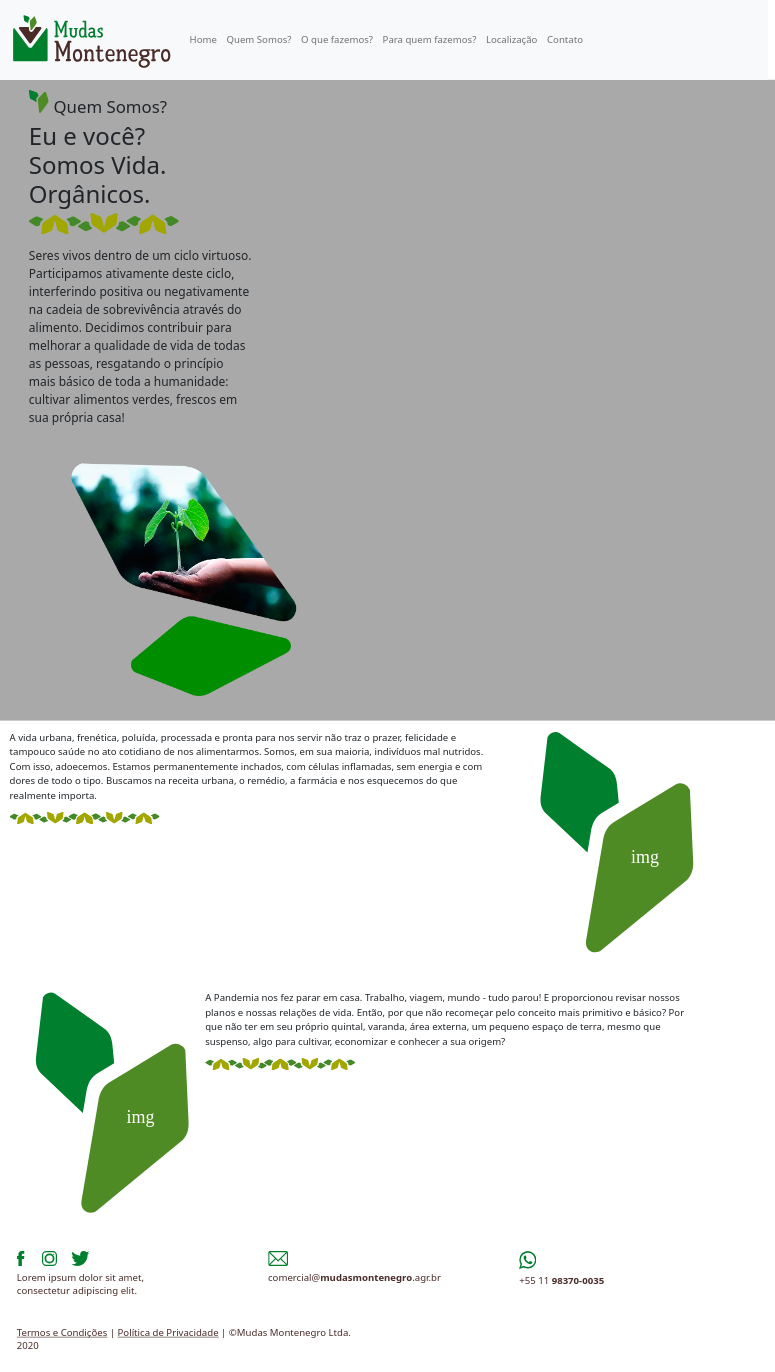
Repository: MaKnok/mudas-montenegro
Page: quem-somos.html
The author's editor kept a copy of each file at every save. The page is drawn from the files as they stood at one save, then again after the next save.
The browser window is 1280 px wide. The page is 1292 px wide, so the pictures cover 1292 px, including what lies to the right of the window. The pictures show the whole page, at 60% of full size.
Some web libraries are served in a nearby version.

Above is the page before, as saved 2021-06-17 14:39:15.

### quem-somos.html
<!DOCTYPE html>
<html lang="pt-br">

<head>
    <meta charset="utf-8">
    <meta name="viewport" content="width=device-width, initial-scale=1">
    <link rel="icon" type="image/png" href="img/icons/favicon.png"/>
    <title>Mudas Montenegro</title>
    <link href="https://cdn.jsdelivr.net/npm/bootstrap@5.0.1/dist/css/bootstrap.min.css" rel="stylesheet" integrity="sha384-+0n0xVW2eSR5OomGNYDnhzAbDsOXxcvSN1TPprVMTNDbiYZCxYbOOl7+AMvyTG2x" crossorigin="anonymous">
    <script src="https://use.fontawesome.com/releases/v5.0.8/js/all.js"></script>
    <link href="style.css" rel="stylesheet">
</head>

<body>

<!-- Navigation -->
<nav class="navbar navbar-expand-md navbar-light bg-light sticky-top">

  <div class="container-fluid">

      <a class="navbar-brand logo" href="index.html"><img src="img/logo_mudas_mont.svg" alt="Mudas Montenegro"></a>

      <button class="navbar-toggler" type="button" data-toggle="collapse" data-target="#navbarResponsive">
          <span class="navbar-toggler-icon"></span>
      </button>

      <div class="collapse navbar-collapse" id="navbarResponsive">
       <ul class="navbar-nav ml-auto">
            <li class="nav-item active">
              <a class="nav-link" href="index.html">Home</a>
          </li>
            <li class="nav-item">
              <a class="nav-link" href="quem-somos.html">Quem Somos?</a>
            </li>
            <li class="nav-item">
              <a class="nav-link" href="o-que-fazemos.html">O que fazemos?</a>
            </li>
            <li class="nav-item">
              <a class="nav-link" href="para-quem-fazemos.html">Para quem fazemos?</a>
            </li>
            <li class="nav-item">
              <a class="nav-link" href="localizacao.html">Localização</a>
            </li>
            <li class="nav-item">
              <a class="nav-link" href="contato.html">Contato</a>
            </li>
        </ul>
      </div>

  </div>

</nav>

<!--- Intro -->


<div class="row jumbotron section-top" style="background-color: darkgrey;">

  <div class="container-fluid">

      <div class="wrapper">

        <div class="col-xs-12 col-sm-12 col-md-4 col-lg-4 col-xl-4 col-xxl-4">

          <h3 class="page-title">Quem Somos?</h3>

          <h1 class="page-slogan">
            Eu e você?<br/>
            Somos Vida.<br/>
            Orgânicos.
          </h1>

          <img src="img/leaves_sections.svg" class="leaves-home">

          <p class="lead">
            Seres vivos dentro de um ciclo virtuoso. Participamos ativamente deste ciclo, interferindo positiva ou negativamente na cadeia de sobrevivência através do alimento. Decidimos contribuir para melhorar a qualidade de vida de todas
            as pessoas, resgatando o princípio mais básico de toda a humanidade: cultivar alimentos verdes, frescos em sua própria casa!
          </p>

        </div>

        <div class="col-xs-12 col-sm-12 col-md-5 col-lg-5 col-xl-5 col-xxl-5">

                  <source srcset="img/leaves_desktop_img.webp 2x,img/leaves_desktop_img.webp"
                  media="(min-width: 992px)"/>

                  <img src="img/leaves_desktop_img.webp" class="img-fluid" alt="Muda">

        </div>

      </div>

  </div>

</div>




  <div class="container-fluid padding">

  <div class="row content">

    <div class="col-xs-12 col-sm-12 col-md-7 col-lg-7 col-xl-8">
      <p>
      A vida urbana, frenética, poluída, processada e pronta para nos servir não traz o prazer, felicidade e tampouco saúde no ato cotidiano de nos alimentarmos. Somos, em sua maioria, indivíduos mal nutridos.  Com isso, adoecemos. Estamos permanentemente inchados, com células inflamadas, sem energia e com dores de todo o tipo.
      Buscamos na receita urbana, o remédio, a farmácia e nos esquecemos do que realmente importa.
      </p>
      <img src="img/leaves_section_longer.svg" class="leaves-home">
    </div>

    <div class="col-xs-12 col-sm-12 col-md-4 col-lg-4 col-xl-3">
      <img src="img/img_temp.svg" class="float-left" alt="Vida urbana">
    </div>

  </div>




  <div class="container-fluid padding">

  <div class="row content pandemia">

    <div class="col-xs-12 col-sm-12 col-md-4 col-lg-4 col-xl-3 content-1">
        <img src="img/img_temp.svg" class="float-right" alt="Relações de Vida">
    </div>

    <div class="col-xs-12 col-sm-12 col-md-7 col-lg-7 col-xl-8 content-2">
        <p>
        A Pandemia nos fez parar em casa. Trabalho, viagem, mundo - tudo parou!
        E proporcionou revisar nossos planos e nossas relações de vida. Então, por que não recomeçar pelo conceito mais primitivo e básico? Por que não ter em seu próprio quintal, varanda, área externa, um pequeno espaço de terra, mesmo que suspenso, algo para cultivar, economizar e conhecer a sua origem?
        </p>
        <img src="img/leaves_section_longer.svg" class="leaves-home">
    </div>

  </div>

  </div>






<!--- Footer -->
<footer>

  <div class="container-fluid padding">

    <div class="row text-left">

      <div class="col-md-4">

        <ul class="social-icons">
            <li class="social-icon social-icon_first"><a href="#"><img src="img/icons/facebook.svg"></a></li>
            <li class="social-icon social-icon_second"><a href="#"><img src="img/icons/instagram.svg"></a></li>
            <li class="social-icon social-icon_third"><a href="#"><img src="img/icons/twitter.svg"></a></li>
        </ul>
        <p>Lorem ipsum dolor sit amet, <br/>consectetur adipiscing elit.</p>

      </div>

      <div class="col-md-4">

        <img src="img/icons/mail.svg" class="contact-icon">
        <p>comercial@<span class="phrase-bold">mudasmontenegro</span>.agr.br</p>

      </div>

      <div class="col-md-4">

        <img src="img/icons/whatsapp.svg" class="contact-icon contact-icon-zap">
        <p>+55 11 <span class="phrase-bold">98370-0035</span></p>

      </div>

    </div>

    <div class="row text-left">
        <div class="col-md-6">
          <p class="terms-conditions"><a href="#">Termos e Condições</a> | <a href="#">Política de Privacidade</a> | ©Mudas Montenegro Ltda. 2020 </p>
        </div>
    </div>

  </div>

</footer>

</div>

<script src="https://cdn.jsdelivr.net/npm/bootstrap@5.0.1/dist/js/bootstrap.bundle.min.js" integrity="sha384-gtEjrD/SeCtmISkJkNUaaKMoLD0//ElJ19smozuHV6z3Iehds+3Ulb9Bn9Plx0x4" crossorigin="anonymous"></script>

</body>
</html>

### style.css
@import url("https://fonts.googleapis.com/css2?family=Fira+Sans:ital,wght@0,200;0,300;0,400;0,500;0,600;0,700;1,200;1,300;1,400;1,500;1,600;1,700&display=swap");

/*---Media Queries --*/

html {
  -webkit-box-sizing: border-box;
  -moz-box-sizing: border-box;
  box-sizing: border-box;
}

*,
*:before,
*:after {
  -webkit-box-sizing: border-box;
  -moz-box-sizing: border-box;
  box-sizing: inherit;
}

@media (min-width: 992px) {
  .leaves-home {
    width: 250px;
    margin-bottom: 20px;
  }

  .logo {
    width: 280px;
  }

  .phrase-home {
    font-size: 35px;
    line-height: 45px;
  }

  .carousel-caption {
    width: 550px;
    z-index: 10;
    color: #fff;
    text-align: left;
    top: 40%;
    left: 10%;
    bottom: auto;
    -webkit-transform: translate(0, -50%);
    -ms-transform: translate(0, -50%);
    transform: translate(0, -50%);
  }
}

@media (max-width: 991.98px) {
  .leaves-home {
    width: 190px;
    margin-bottom: 15px;
  }

  .logo {
    width: 220px;
  }

  .phrase-home {
    font-size: 30px;
    line-height: 40px;
  }

  .carousel-caption {
    width: 400px;
    z-index: 10;
    color: #fff;
    text-align: left;
    top: 35%;
    left: 10%;
    bottom: auto;
    -webkit-transform: translate(0, -50%);
    -ms-transform: translate(0, -50%);
    transform: translate(0, -50%);
  }
}

@media (max-width: 767.98px) {
  .carousel-caption {
    width: 400px;
    z-index: 10;
    color: #fff;
    text-align: left;
    top: 35%;
    left: 10%;
    bottom: auto;
    -webkit-transform: translate(0, -50%);
    -ms-transform: translate(0, -50%);
    transform: translate(0, -50%);
  }

  .leaves-home {
    width: 190px;
    margin-bottom: 20px;
  }

  .logo {
    width: 220px;
  }

  .pandemia {
    display: flex;
  }

  .pandemia > .content-2 {
    order: -1;
  }

  .phrase-home {
    font-size: 25px;
    line-height: 35px;
  }

  .section-top {
    display: flex;
  }

  .section-top > .image-top {
    order: -1;
  }
}

@media (max-width: 575.98px) {
  .carousel-caption {
    width: 200px;
    z-index: 10;
    color: #fff;
    text-align: left;
    top: 50%;
    left: 8%;
    bottom: auto;
    -webkit-transform: translate(0, -50%);
    -ms-transform: translate(0, -50%);
    transform: translate(0, -50%);
  }

  .leaves-home {
    width: 130px;
    margin-bottom: 10px;
  }

  .logo {
    width: 180px;
  }

  .phrase-home {
    font-size: 16px;
    line-height: 24px;
  }
}

/*---Firefox Bug Fix --*/
.carousel-item {
  transition: -webkit-transform 0.5s ease;
  transition: transform 0.5s ease;
  transition: transform 0.5s ease, -webkit-transform 0.5s ease;
  -webkit-backface-visibility: visible;
  backface-visibility: visible;
  background-color: #000;
}

/*--- Fixed Background Image --*/
figure {
  position: relative;
  width: 100%;
  height: 60%;
  margin: 0 !important;
}

footer {
  background-color: #fff;
  color: #492b28;
  line-height: 22px;
}

ul,
ol,
li {
  list-style: none;
}

ul {
  padding-inline-start: 0;
  margin-bottom: 0.5rem;
}

.fixed-wrap {
  clip: rect(0, auto, auto, 0);
  position: absolute;
  top: 0;
  left: 0;
  width: 100%;
  height: 100%;
}

#fixed {
  background-image: url("img/mac.png");
  position: fixed;
  display: block;
  top: 0;
  left: 0;
  width: 100%;
  height: 100%;
  background-size: cover;
  background-position: center center;
  -webkit-transform: translateZ(0);
  transform: translateZ(0);
  will-change: transform;
}
/*--- Bootstrap Padding Fix --*/
[class*="col-"] {
  padding: 1rem;
}

.carousel-caption {
  text-align: left;
}

.contact-icon {
  margin-bottom: 0.5rem;
}

.page-title {
  font-weight: ;
}

.page-title::before {
  content: "";
  display: inline-block;
  background-image: url(img/icons/leaves.svg);
  background-size: 33px 40px;
  width: 33px;
  height: 40px;
  margin-right: 8px;
}

.phrase-home {
  font-family: "Fira Sans", sans-serif;
}

.phrase-bold {
  font-weight: 600;
}

.picture-home {
  opacity: 0.7;
}

.section-top {
  background-color: #fff;
}

.social-icons {
  text-align: left;
}

.social-icon:not(:first-child) {
  margin-left: 20px;
}

.social-icon:first-child {
  margin-right: 5px;
}

.social-icon {
  display: inline-block;
}

.social-icon > a > img,
.contact-icon {
  height: 25px;
}

.contact-icon-zap {
  height: 30px;
}

.terms-conditions a {
  color: #492b28;
}

.wrapper {
  padding: 0 2em;
}

/*
Extra small (xs) devices (portrait phones, less than 576px)
No media query since this is the default in Bootstrap

Small (sm) devices (landscape phones, 576px and up)
@media (min-width: 576px) { ... }

Medium (md) devices (tablets, 768px and up)
@media (min-width: 768px) { ... }

Large (lg) devices (desktops, 992px and up)
@media (min-width: 992px) { ... }

Extra (xl) large devices (large desktops, 1200px and up)
@media (min-width: 1200px) { ... }
*/

After the next save:
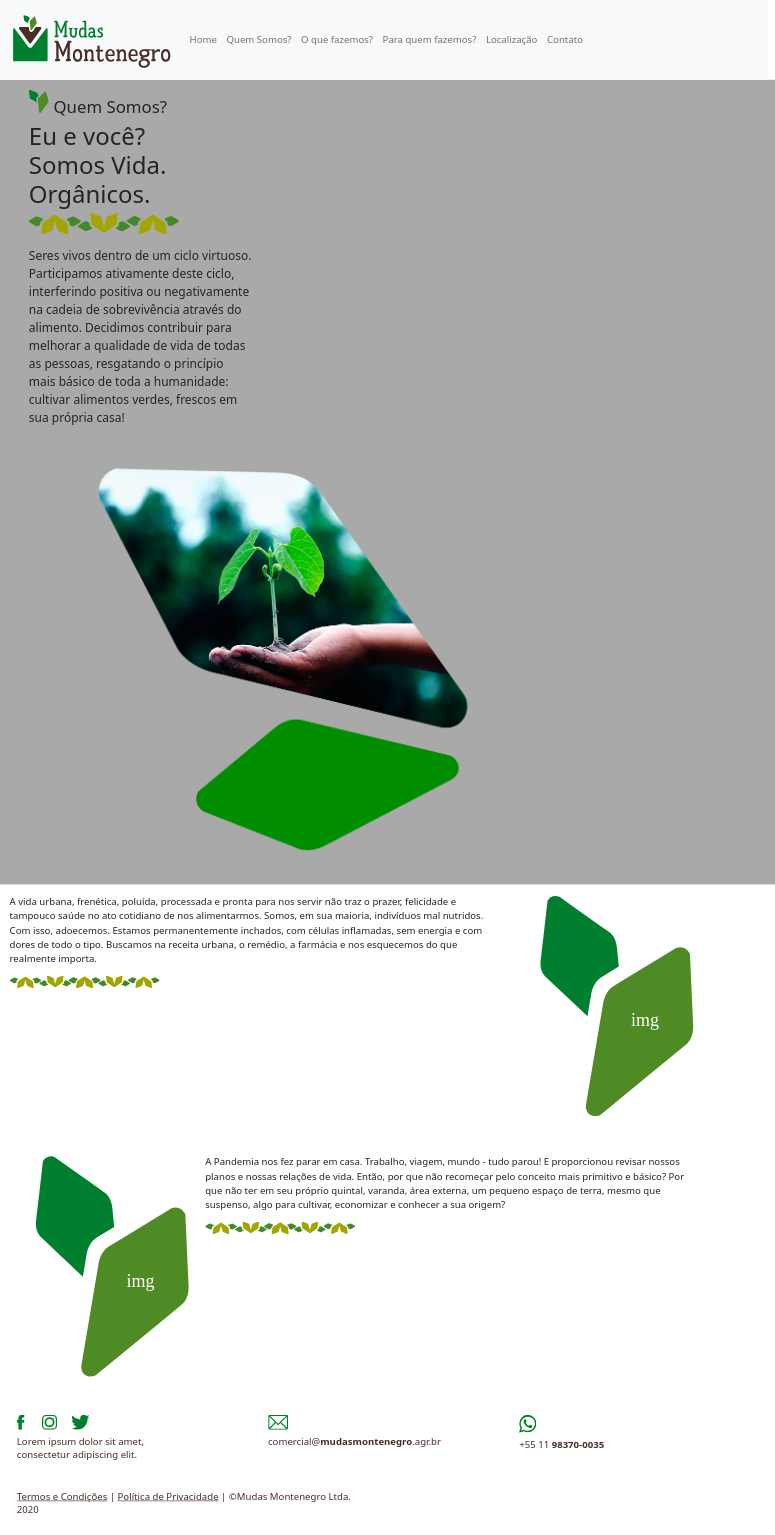
Saved 78 s later.
--- a/quem-somos.html
+++ b/quem-somos.html
@@ -79,7 +79,7 @@
 
         </div>
 
-        <div class="col-xs-12 col-sm-12 col-md-5 col-lg-5 col-xl-5 col-xxl-5">
+        <div class="col-xs-12 col-sm-12 col-md-8 col-lg-8 col-xl-8 col-xxl-8">
 
                   <source srcset="img/leaves_desktop_img.webp 2x,img/leaves_desktop_img.webp"
                   media="(min-width: 992px)"/>
